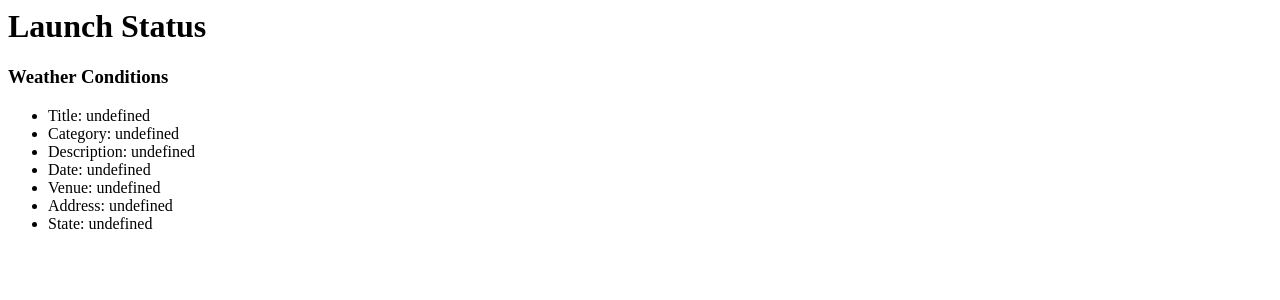
Repository: JohnRudolph1/Events-JSON
Page: index.html
The author's editor kept a copy of each file at every save. The page is drawn from the files as they stood at one save, then again after the next save.
The browser window is 1280 px wide. The pictures show the whole page.

Above is the page before, as saved 2022-01-10 09:24:11.

After the next save:
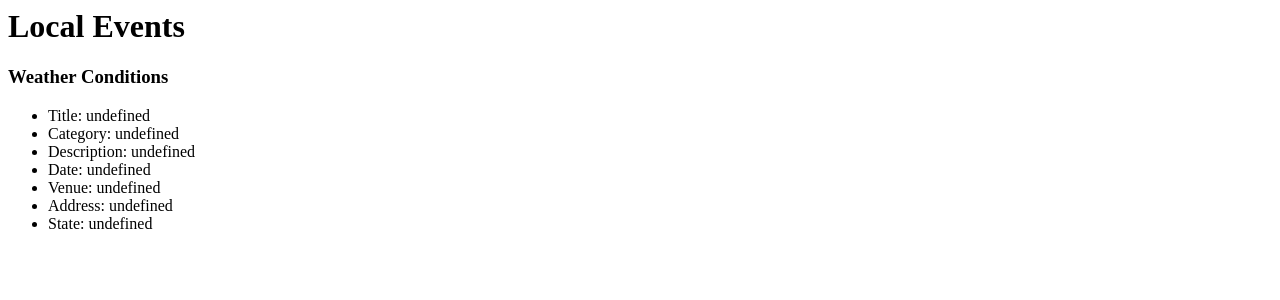
Saved 10 s later.
--- a/index.html
+++ b/index.html
@@ -25,7 +25,7 @@
       </script>
    </head>
    <body>
-      <h1>Launch Status</h1>
+      <h1>Local Events</h1>
       <h3>Weather Conditions</h3>
       <div id="events">
          <!-- Weather data is added here dynamically. -->
